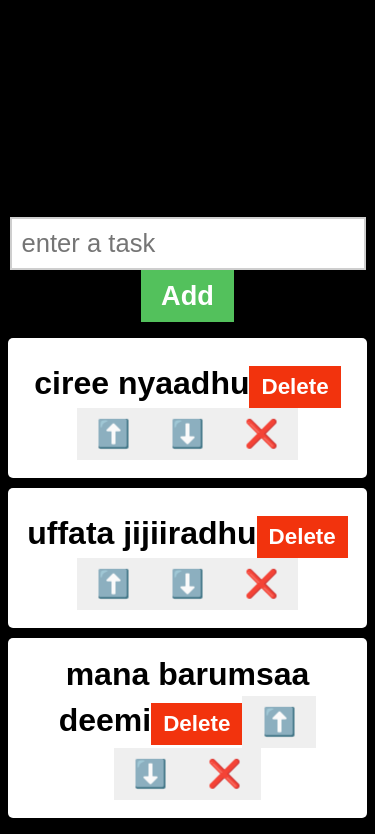
Repository: wakoya-tech/to-do-list-app
Page: /
These files come from the project's save history. The page is drawn as it stood at one moment and after the next save; the edit follows.
The browser window is 375 px wide. The pictures show the whole page.
The project was rebuilt for these pictures with package versions that can differ from the ones it lists, and the page was loaded fresh each time. Also part of the build but not shown: vite.config.js, src/App.css.

Above is the page before, as saved 2025-10-16 16:58:12.

After the next save:
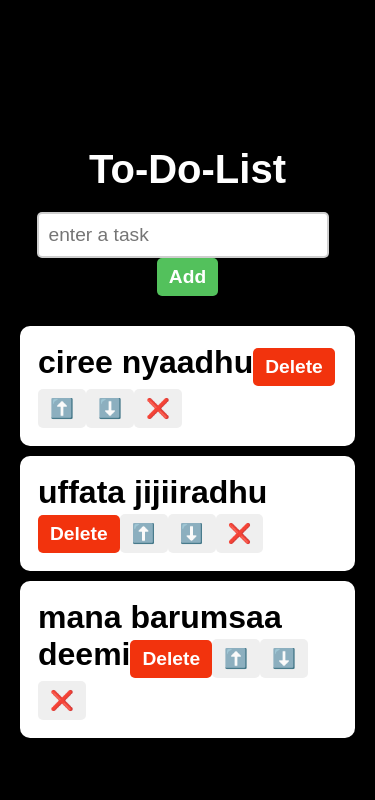
Saved 3 min 36 s later.
--- a/src/index.css
+++ b/src/index.css
@@ -1,63 +1,136 @@
-body{
+/* ========== GLOBAL STYLES ========== */
+body {
   background-color: black;
+  color: white;
+  font-family: Arial, Helvetica, sans-serif;
+  margin: 0;
+  padding: 0;
 }
-.to-do-list{
-  font-family: Arial, Helvetica, sans-serif;
+
+/* ========== TO-DO LIST CONTAINER ========== */
+.to-do-list {
   text-align: center;
   margin-top: 100px;
+  padding: 20px;
+}
 
+/* ========== HEADER ========== */
+h1 {
+  font-size: 4rem;
+  margin-bottom: 20px;
+  color: white;
 }
-h1{
-  font-size: 4rem;
+
+/* ========== INPUT FIELD ========== */
+input[type="text"] {
+  font-size: 1.6rem;
+  padding: 10px;
+  border: 2px solid hsla(0, 0%, 80%, 0.959);
+  border-radius: 5px;
+  width: 60%;
+  max-width: 400px;
+  margin-right: 10px;
+  outline: none;
 }
-button{
-  font-size: 1.7rem;
+
+/* ========== BUTTONS (GENERAL) ========== */
+button {
+  font-size: 1.6rem;
   font-weight: bold;
   padding: 10px 20px;
   color: white;
   border: none;
+  border-radius: 5px;
   cursor: pointer;
-  transition: background-color 0.5 ease;
+  transition: background-color 0.5s ease, transform 0.2s ease;
 }
-.add-button
-{
-background-color: hsl(125,47%,54%);
+
+button:hover {
+  transform: scale(1.05);
 }
-.add-button:hover{
-  background-color: hsl(124, 82%, 13%);
+
+/* ========== ADD BUTTON ========== */
+.add-button {
+  background-color: hsl(125, 47%, 54%);
 }
-.delete-button{
-  background-color: hsl(10,90%,50%);
+
+.add-button:hover {
+  background-color: hsl(125, 80%, 35%);
 }
-.delete-button:hover{
-  background-color: hsl(10, 85%, 28%);
+
+/* ========== DELETE BUTTON ========== */
+.delete-button {
+  background-color: hsl(10, 90%, 50%);
 }
-input[type="text"]{
-  font-size: 1.6rem;
-  padding: 10px;
-  border: 2px solid hsla(0, 0%, 80%, 0.959);
+
+.delete-button:hover {
+  background-color: hsl(10, 85%, 30%);
 }
-ol{
+
+/* ========== MOVE UP/DOWN BUTTONS ========== */
+.move-button {
+  background-color: hsl(210, 70%, 45%);
+}
+
+.move-button:hover {
+  background-color: hsl(210, 80%, 25%);
+}
+
+/* ========== TASK LIST ========== */
+ol {
   padding: 0;
+  margin-top: 30px;
+  list-style: none;
+}
 
-}
-li{
+li {
   font-size: 2rem;
   font-weight: bold;
   padding: 15px;
-  background-color: rgb(255, 255, 255);
+  background-color: white;
+  color: black;
   margin-bottom: 10px;
   border: 3px solid hsla(0, 0%, 100%, 0.726);
-  border-radius: 5px;
+  border-radius: 10px;
   display: flex;
   align-items: center;
+  justify-content: space-between;
 }
-.text{
+
+/* ========== TASK TEXT ========== */
+.text {
   flex-grow: 1;
+  text-align: left;
+}
 
+/* ========== ACTION BUTTON GROUP ========== */
+.task-buttons {
+  display: flex;
+  gap: 10px;
 }
-.delete-button, .move-button {
-padding: 8px 12px;
-font-size: 1.4rem;
-margin-top: 10px;
+
+/* ========== RESPONSIVE DESIGN ========== */
+@media (max-width: 600px) {
+  h1 {
+    font-size: 2.5rem;
+  }
+
+  input[type="text"] {
+    width: 80%;
+    font-size: 1.2rem;
+  }
+
+  button {
+    font-size: 1.2rem;
+    padding: 8px 12px;
+  }
+
+  li {
+    flex-direction: column;
+    align-items: flex-start;
+  }
+
+  .task-buttons {
+    margin-top: 10px;
+  }
 }
